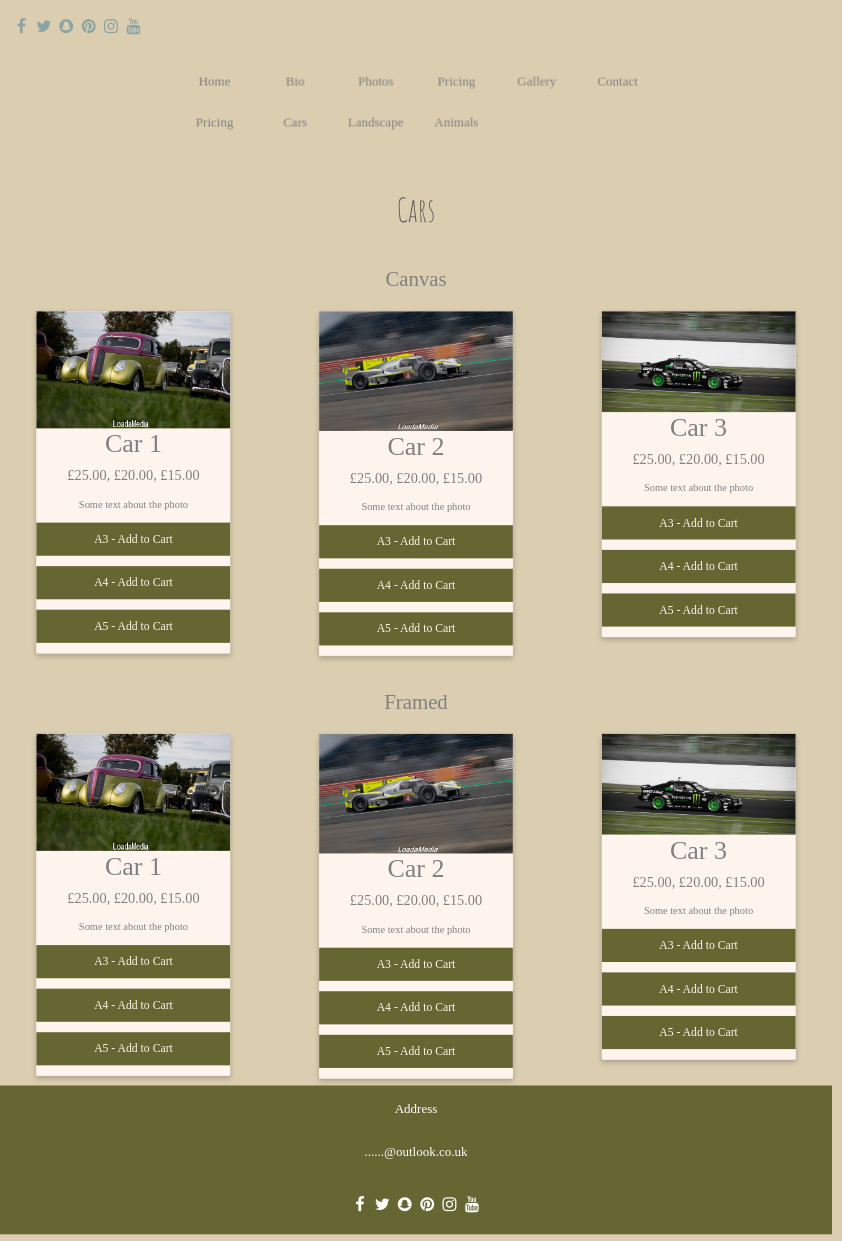
Repository: elizabeth24602/LoaderMedia
Page: cars.html
The author's editor kept a record of every edit. The page is drawn from the files as they stood at one moment, then again after the next edit.
The browser window is 1280 px wide. The page is 1296 px wide, so the pictures cover 1296 px, including what lies to the right of the window. The pictures show the whole page, at 65% of full size.
Some web fonts or font styles are not loaded; a fallback is used.

Above is the page before.
Console error: TypeError: Cannot read properties of null (reading 'textContent')
Not found: Assests/images/

After the next edit:
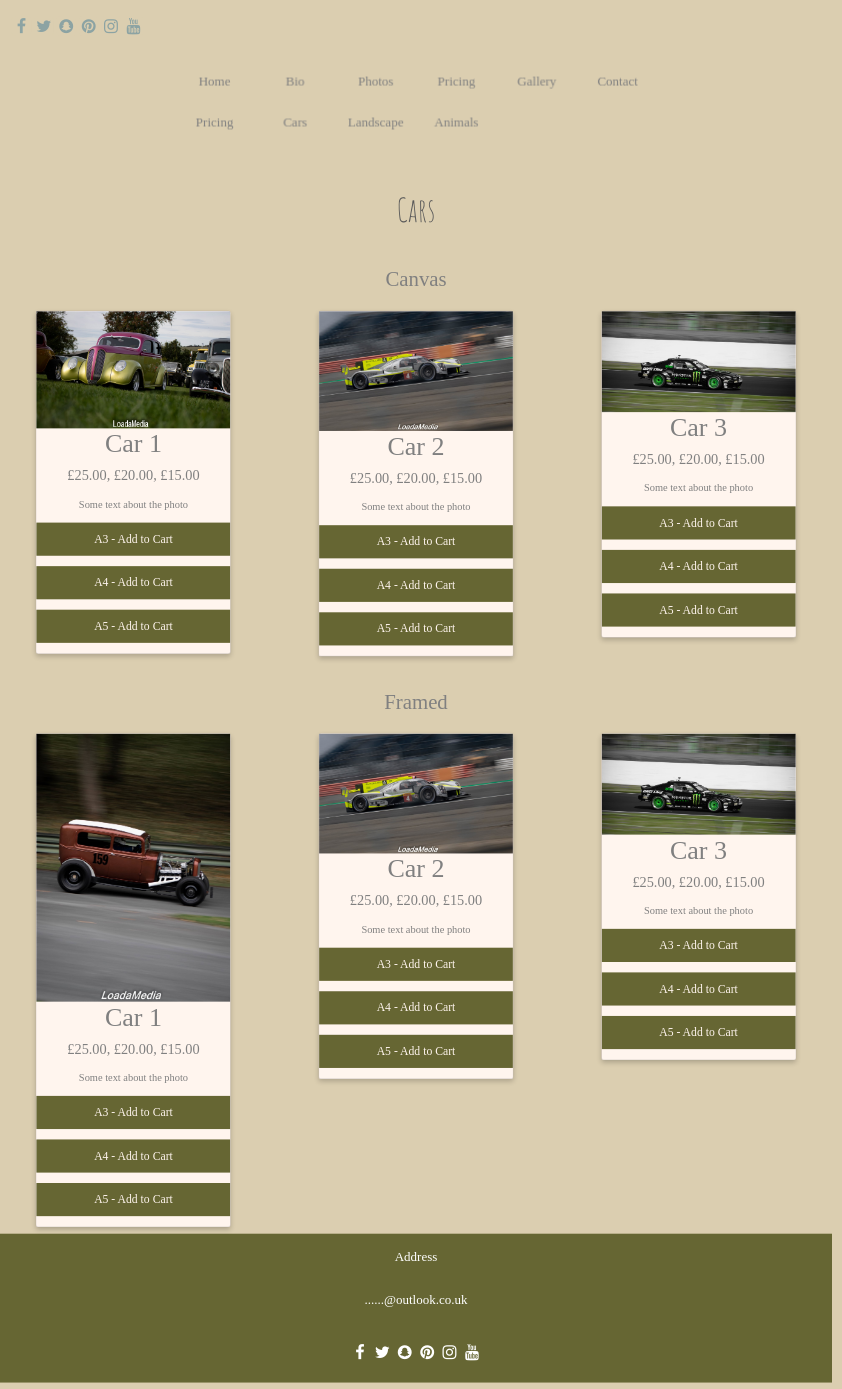
The edit:
--- a/cars.html
+++ b/cars.html
@@ -177,7 +177,7 @@
     <div class="row">
     <div class="col-sm-4">
         <div class="card">
-          <img src="Assests/images/car1.jpg" alt="car1" style="width:100%">
+          <img src="Assests/images/car4.jpg" alt="car4" style="width:100%">
           <h1>Car 1</h1>
               <p class="price">£25.00, £20.00, £15.00</p>
               <p>Some text about the photo</p>
